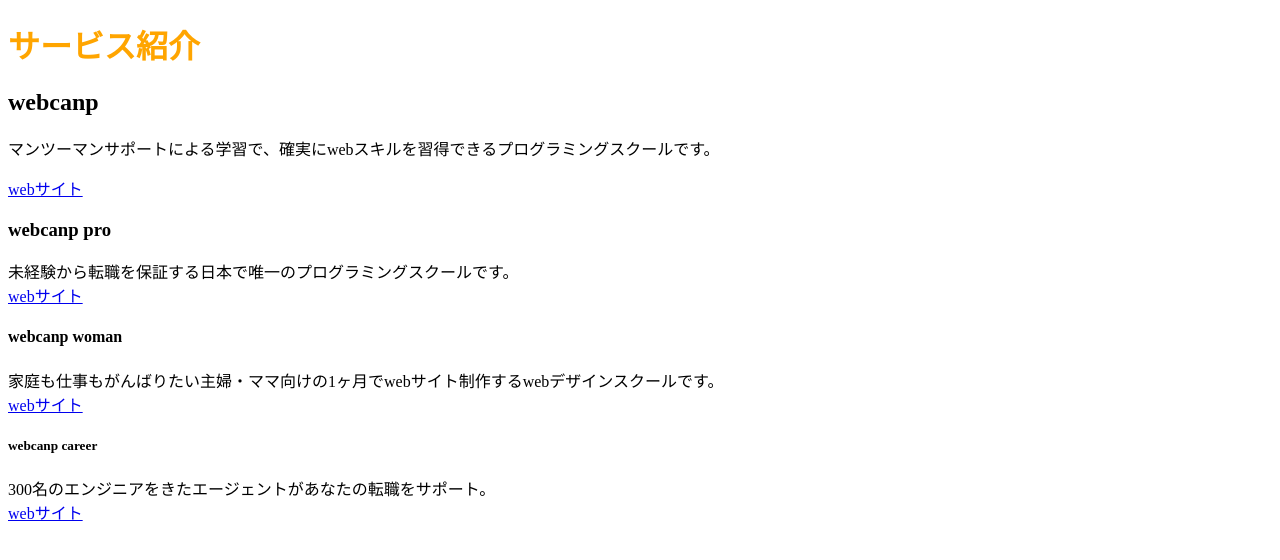
Repository: itoudaiki/git-practice
Page: sample/sample.html
The author's editor kept a record of every edit. The page is drawn from the files as they stood at one moment, then again after the next edit.
The browser window is 1280 px wide. The pictures show the whole page.

Above is the page before.

### sample/sample.html
<!DOCTYPE HTML>
<html lang="ja">
  <head>
    <meta charset="UTF-8" />
    <title>初めてのHTML</title>
    <link rel="stylesheet" href="style.css" />
  </head>
  <h1>サービス紹介</h1>
  <body>
  <h2>webcanp</h2>
  <p>マンツーマンサポートによる学習で、確実にwebスキルを習得できるプログラミングスクールです。</p>
  <a href="https://web-camp.io/">webサイト</a>
   <h3>webcanp pro</h3>
  <a>未経験から転職を保証する日本で唯一のプログラミングスクールです。</a>
  <br>
  <a href="https://web-camp.io/">webサイト</a>
  <h4>webcanp woman</h4>
  <a>家庭も仕事もがんばりたい主婦・ママ向けの1ヶ月でwebサイト制作するwebデザインスクールです。</a>
  <br>
  <a href="https://web-camp.io/">webサイト</a>
  <h5>webcanp career</h5>
  <a>300名のエンジニアをきたエージェントがあなたの転職をサポート。</a>
  <br>
  <a href="https://web-camp.io/">webサイト</a>
  </body>
</html>

### sample/style.css
h1 {
    color:orange;
}

After the next edit:
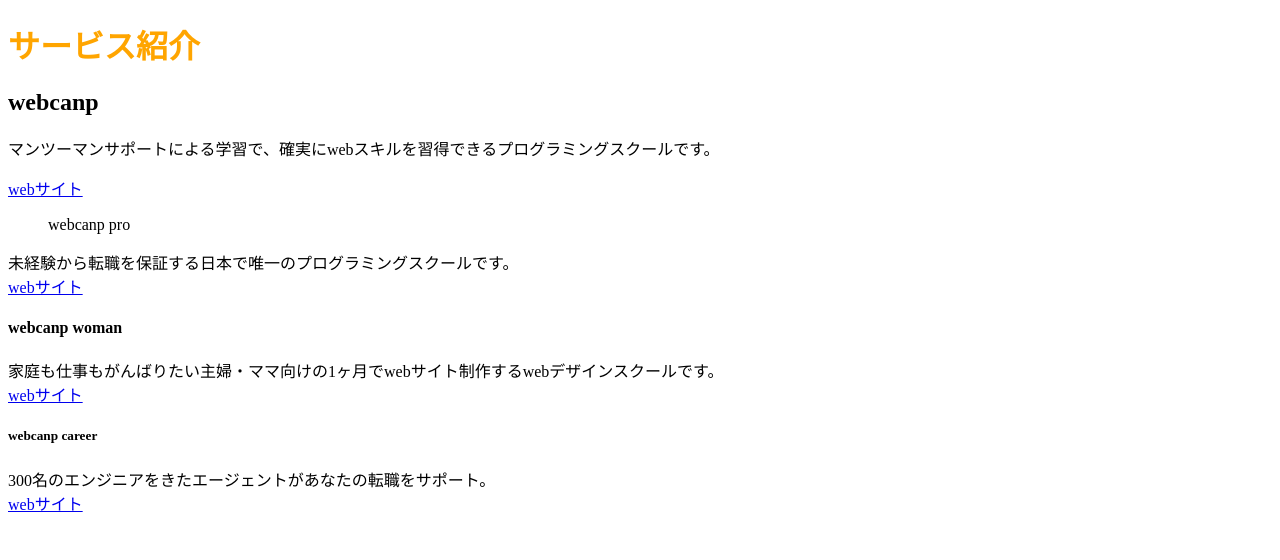
The edit:
--- a/sample/sample.html
+++ b/sample/sample.html
@@ -10,7 +10,7 @@
   <h2>webcanp</h2>
   <p>マンツーマンサポートによる学習で、確実にwebスキルを習得できるプログラミングスクールです。</p>
   <a href="https://web-camp.io/">webサイト</a>
-   <h3>webcanp pro</h3>
+   <ul>webcanp pro</ul>
   <a>未経験から転職を保証する日本で唯一のプログラミングスクールです。</a>
   <br>
   <a href="https://web-camp.io/">webサイト</a>
